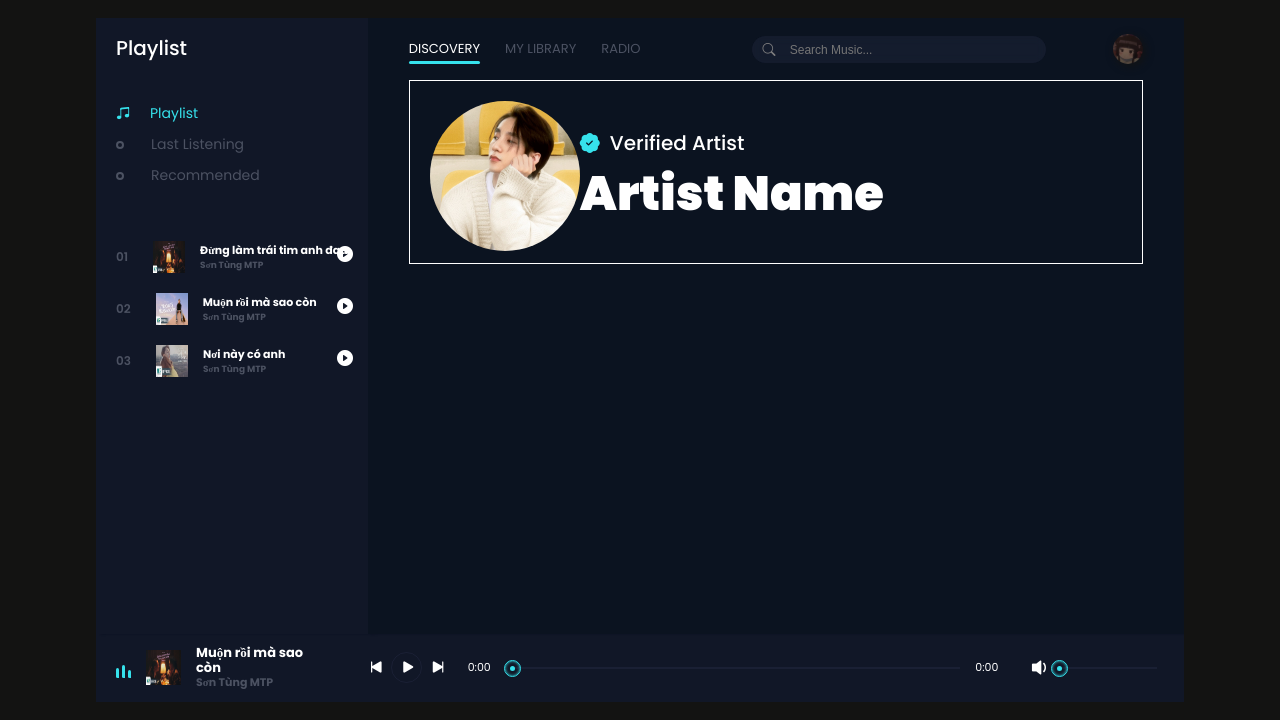
Repository: reminzuetto/Music-Website
Page: index.html
An editor plug-in stored every save of this project. The page is shown before and after the next save, followed by the edit.
The browser window is 1280 px wide. The pictures show the whole page.

Above is the page before, as saved 2024-06-11 12:59:43.

After the next save:
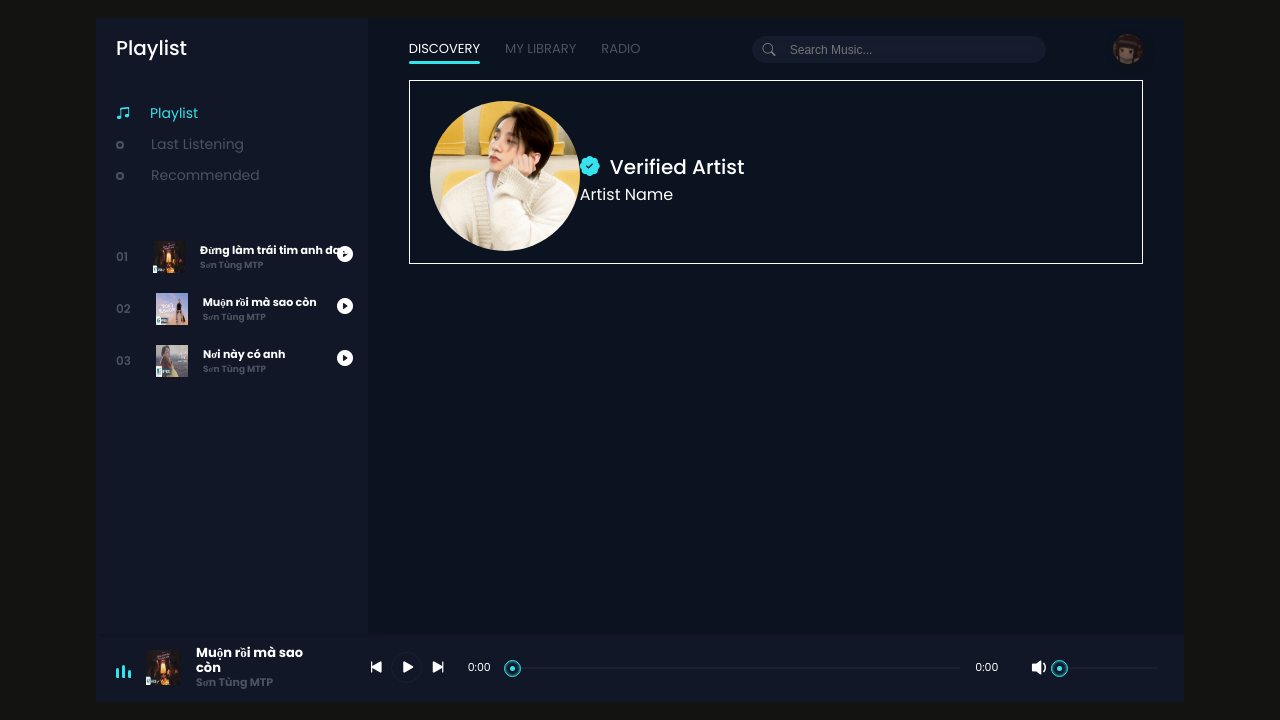
Saved 26 s later.
--- a/index.html
+++ b/index.html
@@ -86,7 +86,7 @@
                 <div><i class="bi bi-patch-check-fill"></i></div>
                 <h5>Verified Artist</h5>
               </div>
-              <h1>Artist Name</h1>
+              <div class="artist_name">Artist Name</div>
             </div>
           </div>
         </div>
